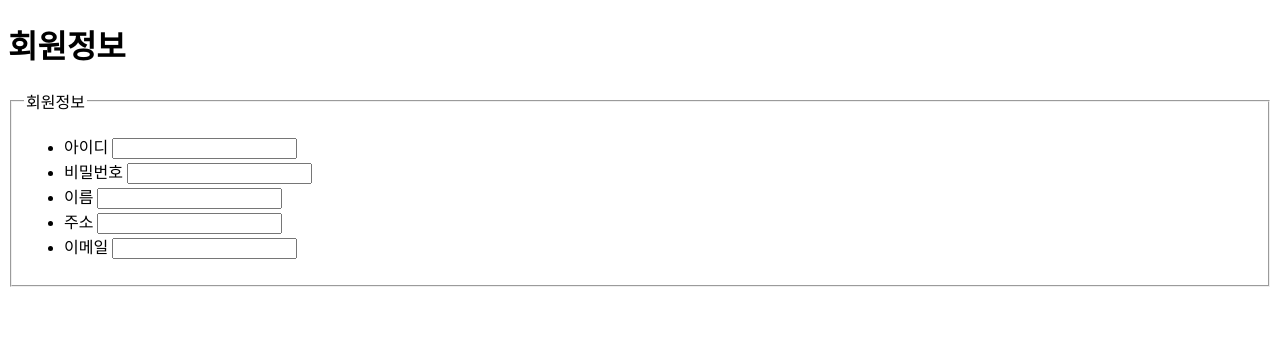
Repository: sgnq008-tech/JSP
Page: http://localhost/WebProject/test/memberForm.jsp
The author's editor kept a copy of each file at every save. The page is drawn from the files as they stood at one save, then again after the next save.
The browser window is 1280 px wide. The pictures show the whole page.
The page is served by Tomcat 9. Other server files are loaded and not shown.

Above is the page before, as saved 2026-09-08 01:35:18.

### jsp_workspace/WebProject/src/main/webapp/test/memberForm.jsp
<%@ page language="java" contentType="text/html; charset=UTF-8"
    pageEncoding="UTF-8"%>
<!DOCTYPE html>
<html>
<head>
<meta charset="UTF-8">
<title>회원정보</title>
</head>
<body>
<h1>회원정보</h1>
<form action="/test/member" method="post">
            <fieldset>
                        <legend>회원정보</legend>
                        <ul>
                              <li>
                                       <label>아이디</label>
                                       <input type="text" name="userid">
                              </li>
                             <li>
                                       <label>비밀번호</label>
                                       <input type="password" name="passwd">
                              </li>
                               <li>
                                       <label>이름</label>
                                       <input type="text" name="username">
                              </li>
                               <li>
                                       <label>주소</label>
                                       <input type="text" name="address">
                              </li>
                              <li>
                                       <label>이메일</label>
                                       <input type="email" name="email">
                              </li>


                        </ul>
</fieldset>
</form>
</body>
</html>

After the next save:
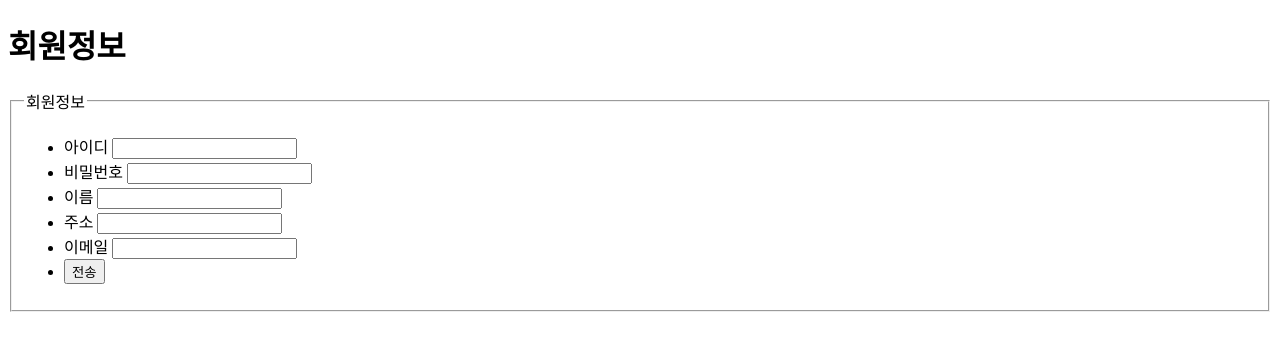
Saved 32 s later.
--- a/jsp_workspace/WebProject/src/main/webapp/test/memberForm.jsp
+++ b/jsp_workspace/WebProject/src/main/webapp/test/memberForm.jsp
@@ -32,6 +32,9 @@
                                        <label>이메일</label>
                                        <input type="email" name="email">
                               </li>
+                              <li>
+                                       <input type="submit" value="전송">
+                              </li>
 
 
                         </ul>
